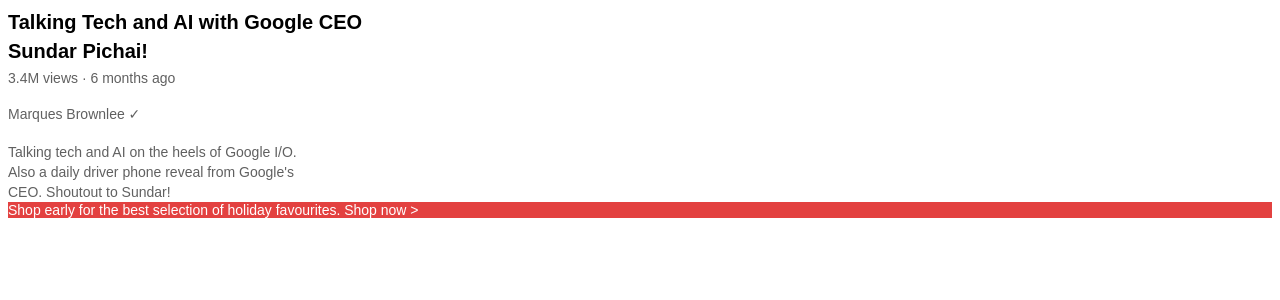
Repository: RagulRanjeeth/Frontend
Page: TxtSyles.html
These files come from the project's save history. The page is drawn as it stood at one moment and after the next save; the edit follows.
The browser window is 1280 px wide. The pictures show the whole page.

Above is the page before, as saved 2026-01-20 13:26:21.

### TxtSyles.html
<style>

    p{
    font-family: Arial;
    }
    .VideoTite{
        font-weight: bold;
        font-size: 20px;
        line-height: 29px;
        width: 400px;
        margin-bottom: 0px;
    }

    .Stats{
        font-size: 14px;
        margin-top: 4px;
        color: rgb(96, 96, 96);
        margin-bottom: 0px;
    }

    .Author{
        font-size: 14px;
        color: rgb(96, 96, 96);
        margin-top: 20px;
        margin-bottom: 0px;
    }

    .VDEsc{
        font-size: 14px;
        color: rgb(96, 96, 96);
        width: 300px;
        line-height:20px;
        margin-top: 20px;
        margin-bottom: 0px;
    }

    .ShopExample{
          font-size: 14px;
          background-color: rgb(227, 65, 64);
          color: white;
          margin-top: 0px;
    }
</style>


<p class = "VideoTite">
    Talking Tech and AI with Google CEO Sundar Pichai!
</p>

<p class="Stats">
    3.4M views &middot 6 months ago
</p>

<p class="Author">
    Marques Brownlee &#10003
</p>


<p class="VDEsc">
  Talking tech and AI on the heels of Google I/O. Also a daily driver phone reveal from Google's CEO. Shoutout to Sundar!
</p>


<p class="ShopExample">
    Shop early for the best selection of holiday favourites. Shop now &gt;
</p>

After the next save:
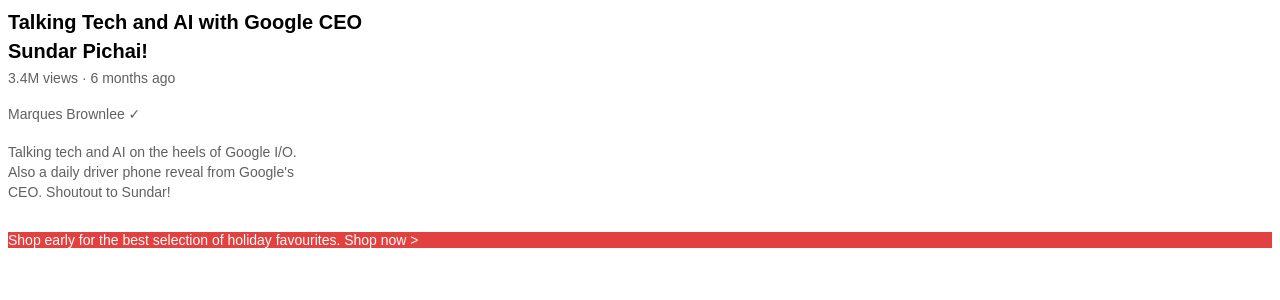
Saved 12 s later.
--- a/TxtSyles.html
+++ b/TxtSyles.html
@@ -38,7 +38,7 @@
           font-size: 14px;
           background-color: rgb(227, 65, 64);
           color: white;
-          margin-top: 0px;
+          margin-top: 30px;
     }
 </style>
 
